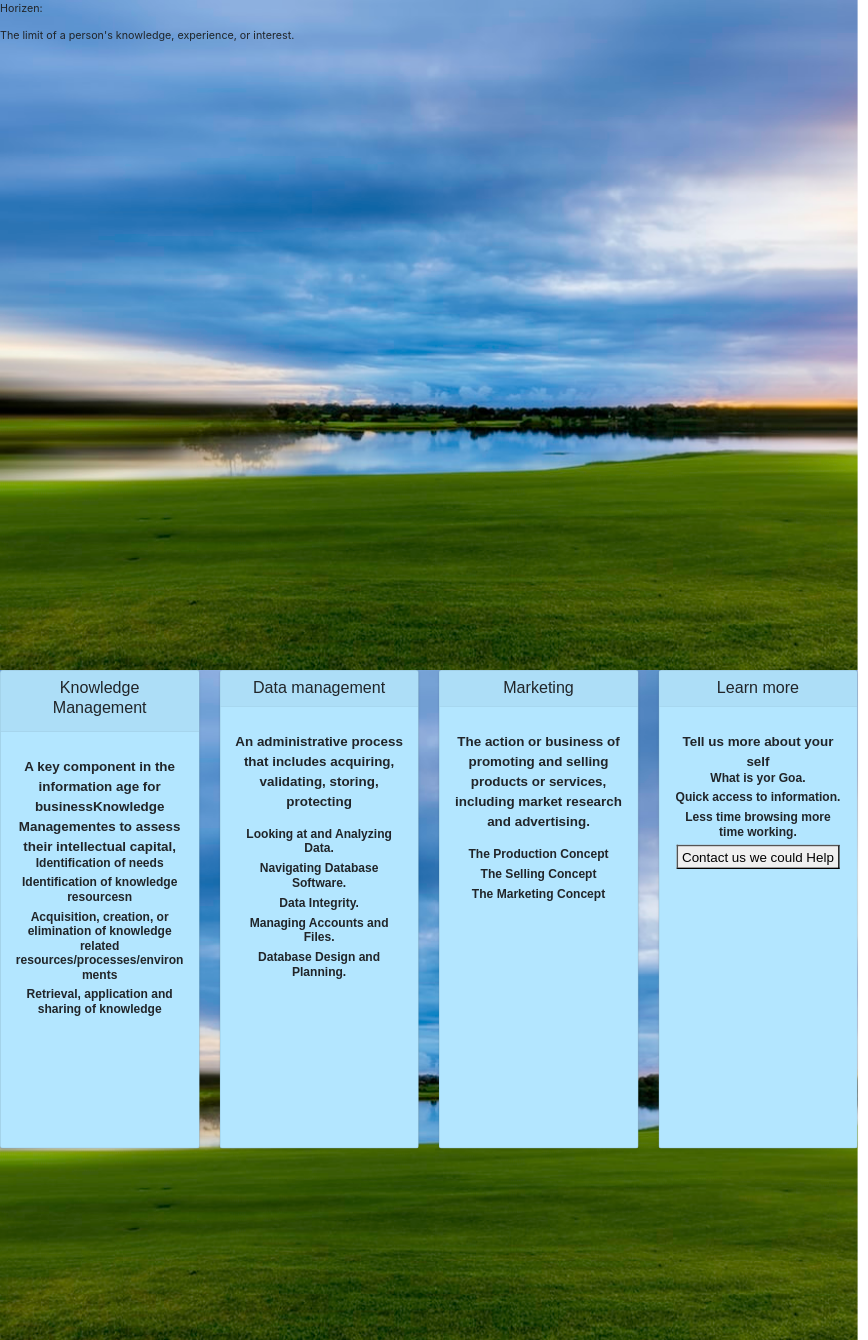
Repository: Code-Institute-Submissions/vahega-my-first-project
Page: index.html
The author's editor kept a record of every edit. The page is drawn from the files as they stood at one moment, then again after the next edit.
The browser window is 1280 px wide. The page is 1295 px wide, so the pictures cover 1295 px, including what lies to the right of the window. The pictures show the whole page, at 67% of full size.
Pictures or frames that could not be fetched are drawn as grey boxes. Backgrounds fixed to the window are drawn as part of the page. Some web fonts or font styles are not loaded; a fallback is used. Some web libraries are served in a nearby version.

Above is the page before.
Not found: assets/images/ho2.jpg

### index.html
<!DOCTYPE html>
<!doctype html>
<html lang="en">
  <head>
    <meta charset="utf-8">
    <meta name="viewport" content="width=device-width, initial-scale=1, shrink-to-fit=no">
     <link rel="stylesheet" href="https://stackpath.bootstrapcdn.com/bootstrap/4.3.1/css/bootstrap.min.css" integrity="sha384-ggOyR0iXCbMQv3Xipma34MD+dH/1fQ784/j6cY/iJTQUOhcWr7x9JvoRxT2MZw1T" crossorigin="anonymous">
     <script src="https://code.jquery.com/jquery-3.3.1.slim.min.js" integrity="sha384-q8i/X+965DzO0rT7abK41JStQIAqVgRVzpbzo5smXKp4YfRvH+8abtTE1Pi6jizo" crossorigin="anonymous"></script>
     <script src="https://cdnjs.cloudflare.com/ajax/libs/popper.js/1.14.7/umd/popper.min.js" integrity="sha384-UO2eT0CpHqdSJQ6hJty5KVphtPhzWj9WO1clHTMGa3JDZwrnQq4sF86dIHNDz0W1" crossorigin="anonymous"></script>
     <script src="https://stackpath.bootstrapcdn.com/bootstrap/4.3.1/js/bootstrap.min.js" integrity="sha384-JjSmVgyd0p3pXB1rRibZUAYoIIy6OrQ6VrjIEaFf/nJGzIxFDsf4x0xIM+B07jRM" crossorigin="anonymous"></script>
     <link rel="stylesheet" href="https://stackpath.bootstrapcdn.com/bootstrap/4.3.1/css/bootstrap.min.css" integrity="sha384-ggOyR0iXCbMQv3Xipma34MD+dH/1fQ784/j6cY/iJTQUOhcWr7x9JvoRxT2MZw1T" crossorigin="anonymous"><script src="https://stackpath.bootstrapcdn.com/bootstrap/4.3.1/js/bootstrap.min.js" integrity="sha384-JjSmVgyd0p3pXB1rRibZUAYoIIy6OrQ6VrjIEaFf/nJGzIxFDsf4x0xIM+B07jRM" crossorigin="anonymous"></script>
     <link rel="stylesheet" href="assets/css/style.css" type="text/css" />
     <link rel="stylesheet" href="https://use.fontawesome.com/0cb8d65443.js" type="text/css" />
<style>
.parallax {
  background-image:url("assets/images/hol.jpg"),url("assets/images/ho2.jpg");
height: 1000px;
background-attachment:fixed;
background-position:center;
background-size: cover;

}

</style>
</head>
<body>
 <header>
   <div class="parallax">
<div class="bg-text" >
  <p>Horizen:</p>
   <p>The limit of a person's knowledge, experience, or interest.</p>
</header>
<body>
    <div class="parallax">
     <div class="card-deck mb-3 text-center">

    <div class="card mb-4 shadow-sm">

          <div class="card-header">
        <h4>Knowledge Management</h4>

      </div>
      <div class="card-body">
        <ul class="list-unstyled mt-3 mb-4">
          <li> A key component in the information age for businessKnowledge Managementes to assess their intellectual capital,
</li>
                 <h6>Identification of needs</h6>
                 <h6>  Identification of knowledge resourcesn</a>
                 <h6>Acquisition, creation, or elimination of knowledge related resources/processes/environments
</h6>
                 <h6>Retrieval, application and sharing of knowledge
</h6>
   <div class="embed-responsive embed-responsive-16by9">
  <iframe class="embed-responsive-item" src="https://www.youtube.com/embed/k3jo7oWzUUc" allowfullscreen></iframe>
</div>

 </div>
 </div>

    <div class="card mb-4 shadow-sm">
      <div class="card-header">
        <h4 class="my-0 font-weight-normal">Data management</h4>
      </div>
      <div class="card-body">

        <ul class="list-unstyled mt-3 mb-4">
          <li>An administrative process that includes acquiring, validating, storing, protecting</li>

        </ul>


    <h6>Looking at and Analyzing Data. </h6>
  <h6> Navigating Database Software.</h6>
<h6>Data Integrity.</h6>
  <h6> Managing Accounts and Files.</h6>
   <h6> Database Design and Planning.</h6>
    <div class="embed-responsive embed-responsive-16by9">
  <iframe class="embed-responsive-item" src="https://www.youtube.com/embed/F4mUqyoRFg?t=8" allowfullscreen></iframe>
</div></iframe>



      </div>
    </div>
    <div class="card mb-4 shadow-sm">
      <div class="card-header">
        <h4 class="my-0 font-weight-normal">Marketing</h4>
      </div>
      <div class="card-body">

        <ul class="list-unstyled mt-3 mb-4">
          <li>The action or business of promoting and selling products or services, including market research and advertising.</li>

        </ul>

    <h6>The Production Concept</h6>
    <h6>The Selling Concept</h6>
    <h6>The Marketing Concept</h6>

 <div class="embed-responsive embed-responsive-16by9">
  <iframe class="embed-responsive-item" src="https://www.youtube.com/embed/i1xz5Kv-7VY?t=5" allowfullscreen></iframe>
</div>

    </div>
    </div>
     <div class="card mb-4 shadow-sm">
      <div class="card-header">
        <h4 class="my-0 font-weight-normal">Learn more</h4>
      </div>
      <div class="card-body">

        <ul class="list-unstyled mt-3 mb-4">

          <li>Tell us more about your self</li>
          <h6>What is yor Goa.</h6>
          <h6>Quick access to information.</h6>
          <h6>Less time browsing more time working.</h6>

          <div class="dropdown">
              <button onclick="window.location.href='assets/contact/con';">Contact us we could Help</button>
          </div>
        </ul>

      </div>
    </div>
  </div>
 </div>

 </body>



</html>

### assets/css/style.css
@import url('https://fonts.googleapis.com/css?family=Bilbo+Swash+Caps&display=swap');
@import url('https://fonts.googleapis.com/css?family=Gayathri&display=swap');
.parallax {
  background-image:url("assets/images/hol.jpg") ;
background-attachment:fixed;
background-position:center;
background-size: cover;
 }
 .row{
     margin-left: 0px;
     margin-right: 0px;
 }

.card{ font-family: 'Gayathri', sans-serif;
 background-color: #b3e6ff;
 margin-bottom:0px;
 font-weight: bold;
  font-size: 20px;
  }
h6{font-size: 18px;
    font-weight:bold;
}
.collapse{font-size: 22px;}
.container{
padding: 0px;
 font-family: 'Gayathri', sans-serif;
 color:white;
 margin-bottom: 200px;
}
.container-fluid{margin-top:200px;
}
.text {
 font-family: 'Bilbo Swash Caps', cursive;
 text-shadow: 3px 3px rgb(180, 180, 180);
 color: black;
 position: relative;
  font-weight: bold;
  font-size: 40px;
margin-top: 10%;
 text-align: center;

}
.hubtext{
text-shadow: 2px 2px rgb(0,0, 0);
color:wheat;
font-weight: bold;
font-size: 20px;
}
#map{
    padding: 0px;
     border-style: solid;
     border-width: 5px;
      border-color: white;
   height: 400px;
        width: 350px;
        background-attachment:fixed;
background-position:center;
background-size: cover;

}
* {box-sizing: border-box}

img {vertical-align: middle;}
.slideshow-container {
  background-size: cover;
  max-width: 800px;
  position: relative;
  margin-left:10px;
  margin-right: 10px;
}
.prev, .next {
  cursor: pointer;
  position: absolute;
  top: 50%;
  width: auto;
  padding: 16px;
  margin-top: -22px;
  color: white;
  font-weight: bold;
  font-size: 18px;
  transition: 0.6s ease;
  border-radius: 0 3px 3px 0;
  user-select: none;
}
.next {
  right: 0;
  border-radius: 3px 0 0 3px;
}
.prev:hover, .next:hover {
  background-color: rgba(0,0,0,0.8);
}

.numbertext {
  color: #f2f2f2;
  font-size: 12px;
  padding: 8px 12px;
  position: absolute;
  top: 0;
}
.dot {
  cursor: pointer;
  height: 15px;
  width: 15px;
  margin: 0 2px;
  background-color: #bbb;
  border-radius: 50%;
  display: inline-block;
  transition: background-color 2s ease;
}
.active, .dot:hover {
  background-color: #717171;
}

@media only screen and (max-width: 300px) {
  .prev, .next,.text {font-size: 11px}
}

After the next edit:
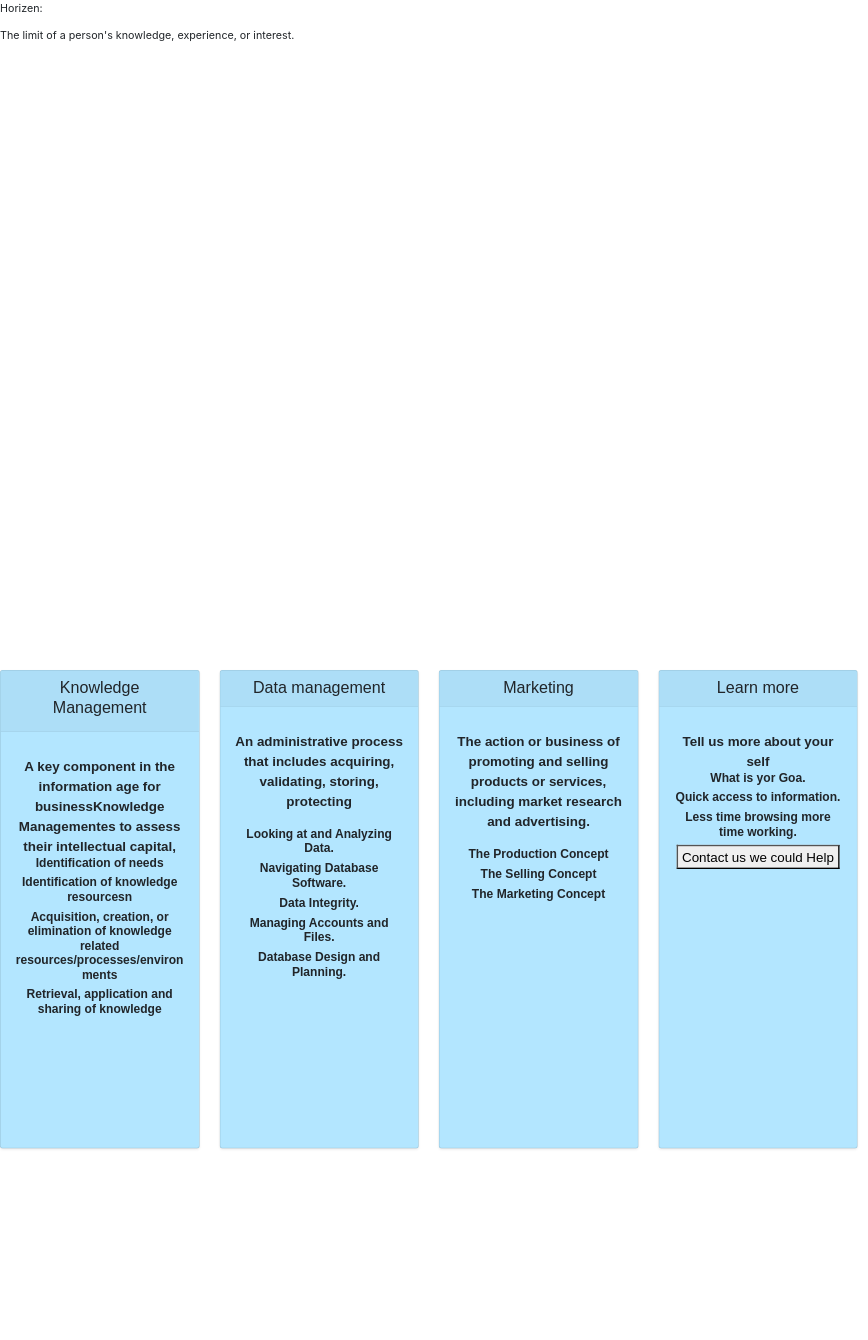
Not found: photos/2452.jpg
The edit:
--- a/index.html
+++ b/index.html
@@ -18,6 +18,12 @@
 background-attachment:fixed;
 background-position:center;
 background-size: cover;
+ background: url(photos/2452.jpg) no-repeat center center fixed;
+  -webkit-background-size: cover;
+  -moz-background-size: cover;
+  -o-background-size: cover;
+  background-size: cover;
+}
 
 }
 
